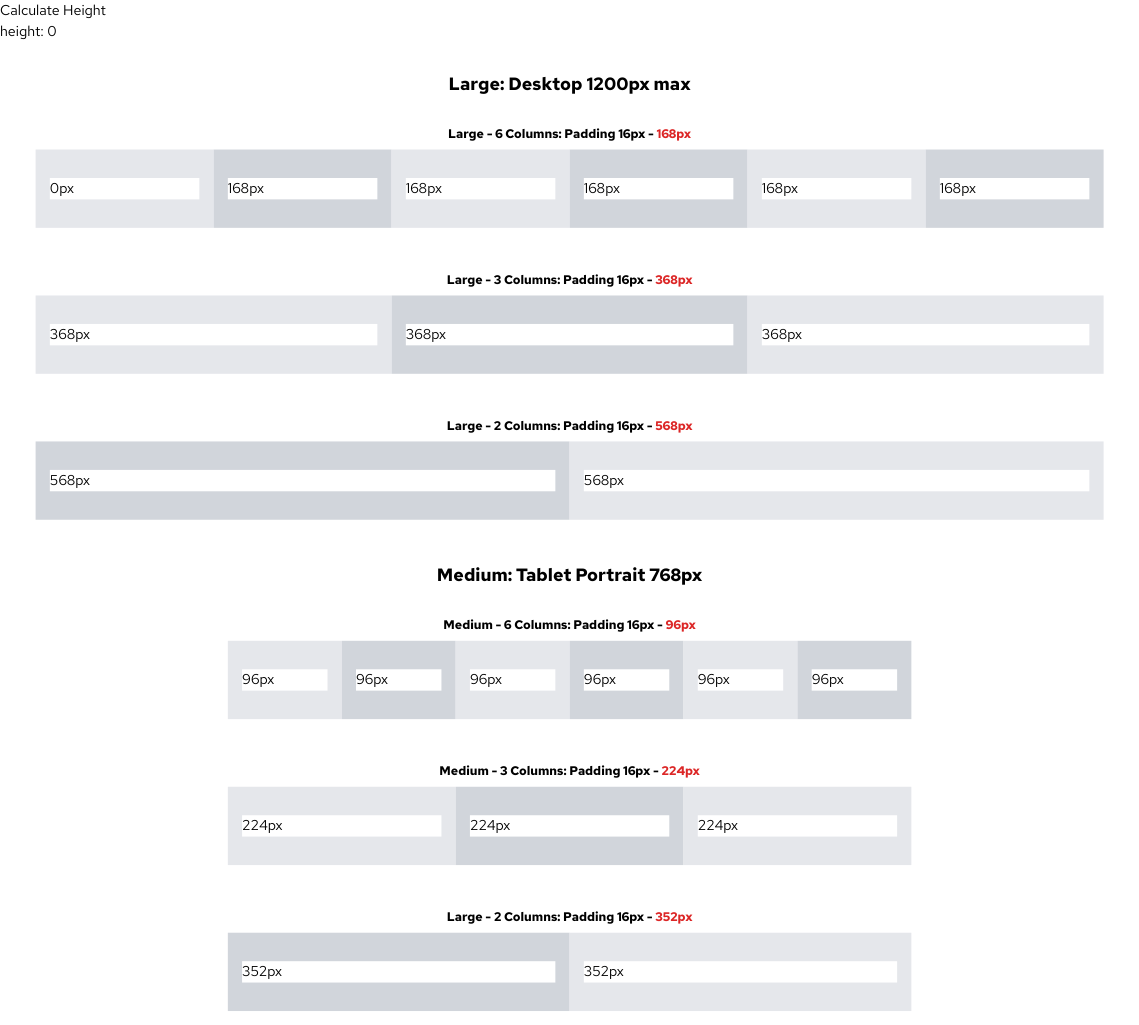
Repository: fabianwurk/vue-tailwind
Page: /
These files come from the project's save history. The page is drawn as it stood at one moment and after the next save; the edit follows.
The browser window is 1280 px wide. The pictures show the whole page, at 89% of full size.
The project was rebuilt for these pictures with package versions that can differ from the ones it lists, and the page was loaded fresh each time. Also part of the build but not shown: vite.config.js.

Above is the page before, as saved 2021-03-16 21:54:09.

### index.html
<!DOCTYPE html>
<html lang="en">
  <head>
    <link rel="preconnect" href="https://fonts.gstatic.com">
<link href="https://fonts.googleapis.com/css2?family=Red+Hat+Text:wght@400;700&display=swap" rel="stylesheet">
    <meta charset="UTF-8" />
    <link rel="icon" href="/favicon.ico" />
    <meta name="viewport" content="width=device-width, initial-scale=1.0" />
    <title>Vite App</title>
  </head>
  <body>
    <div id="app"></div>
    <script type="module" src="/src/main.js"></script>
  </body>
</html>

### src/App.vue
<template>
  <Large />
  <Medium />
</template>

<script setup>
import Large from './components/Large.vue';
import Medium from './components/Medium.vue';

</script>

### src/index.css
/* ./src/index.css */
@tailwind base;

body {
  font-family: 'Red Hat Text', sans-serif;
}
@tailwind components;
@tailwind utilities;

### src/components/Large.vue
<template>
  <div>
  <button @click="calculateWidth()">Calculate Height</button>
  <p>height: {{width}}</p>
  <h1 class="text-xl font-bold mb-2 mt-8 text-center">Large: Desktop 1200px max</h1>
  <div class="container mx-auto">
    <h2 class="text-sm font-bold mb-2 mt-8 text-center">Large - 6 Columns: Padding 16px - <span class="text-red-600">{{ sixCol }}</span></h2>
    <div class="flex items-center">
      <div class="w-1/6 bg-gray-200 mb-4 mt-0 py-8 px-4">
        <span class="bg-white w-full block" ref="app">{{width}}px</span>
      </div>
      <div class="w-1/6 bg-gray-300 mb-4 mt-0 py-8 px-4">
        <span class="bg-white w-full block">{{ sixCol }}</span>
      </div>
      <div class="w-1/6 bg-gray-200 mb-4 mt-0 py-8 px-4">
        <span class="bg-white w-full block">{{ sixCol }}</span>
      </div>
      <div class="w-1/6 bg-gray-300 mb-4 mt-0 py-8 px-4">
        <span class="bg-white w-full block">{{ sixCol }}</span>
      </div>
      <div class="w-1/6 bg-gray-200 mb-4 mt-0 py-8 px-4">
        <span class="bg-white w-full block">{{ sixCol }}</span>
      </div>
      <div class="w-1/6 bg-gray-300 mb-4 mt-0 py-8 px-4">
        <span class="bg-white w-full block">{{ sixCol }}</span>
      </div>
    </div>
  </div>

  <div class="container mx-auto">
    <h2 class="text-sm font-bold mb-2 mt-8 text-center">Large - 3 Columns: Padding 16px - <span class="text-red-600">{{ threeCol }}</span></h2>
    <div class="flex items-center">
      <div class="w-1/3 bg-gray-200 mb-4 mt-0 py-8 px-4">
        <span class="bg-white w-full block">{{ threeCol }}</span>
      </div>
      <div class="w-1/3 bg-gray-300 mb-4 mt-0 py-8 px-4">
        <span class="bg-white w-full block">{{ threeCol }}</span>
      </div>
      <div class="w-1/3 bg-gray-200 mb-4 mt-0 py-8 px-4">
        <span class="bg-white w-full block">{{ threeCol }}</span>
      </div>
    </div>
  </div>

  <div class="container mx-auto">
    <h2 class="text-sm font-bold mb-2 mt-8 text-center">Large - 2 Columns: Padding 16px - <span class="text-red-600">{{ twoCol }}</span></h2>
    <div class="flex items-center">
      <div class="w-1/2 bg-gray-300 mb-4 mt-0 py-8 px-4">
        <span class="bg-white w-full block">{{ twoCol }}</span>
      </div>
      <div class="w-1/2 bg-gray-200 mb-4 mt-0 py-8 px-4">
        <span class="bg-white w-full block">{{ twoCol }}</span>
      </div>
    </div>
  </div>

  </div>
</template>

<script>
export default {
  data() {
    return {
      sixCol: "168px",
      threeCol: "368px",
      twoCol: "568px",
      width: 0,
    };
  },
  methods: {
    calculateWidth() {
      this.width = this.$refs.app.clientWidth;
    }
  }
}
</script>

### src/components/Medium.vue
<template>
  <div>
  <h1 class="text-xl font-bold mb-2 mt-8 text-center">Medium: Tablet Portrait 768px</h1>
  <div class="max-w-3xl mx-auto">
    <h2 class="text-sm font-bold mb-2 mt-8 text-center">Medium - 6 Columns: Padding 16px - <span class="text-red-600">{{ sixColMd }}</span></h2>
    <div class="flex items-center">
      <div class="w-1/6 bg-gray-200 mb-4 mt-0 py-8 px-4">
        <span class="bg-white w-full block">{{ sixColMd }}</span>
      </div>
      <div class="w-1/6 bg-gray-300 mb-4 mt-0 py-8 px-4">
        <span class="bg-white w-full block">{{ sixColMd }}</span>
      </div>
      <div class="w-1/6 bg-gray-200 mb-4 mt-0 py-8 px-4">
        <span class="bg-white w-full block">{{ sixColMd }}</span>
      </div>
      <div class="w-1/6 bg-gray-300 mb-4 mt-0 py-8 px-4">
        <span class="bg-white w-full block">{{ sixColMd }}</span>
      </div>
      <div class="w-1/6 bg-gray-200 mb-4 mt-0 py-8 px-4">
        <span class="bg-white w-full block">{{ sixColMd }}</span>
      </div>
      <div class="w-1/6 bg-gray-300 mb-4 mt-0 py-8 px-4">
        <span class="bg-white w-full block">{{ sixColMd }}</span>
      </div>
    </div>
  </div>

  <div class="max-w-3xl mx-auto">
    <h2 class="text-sm font-bold mb-2 mt-8 text-center">Medium - 3 Columns: Padding 16px - <span class="text-red-600">{{ threeColMd }}</span></h2>
    <div class="flex items-center">
      <div class="w-1/3 bg-gray-200 mb-4 mt-0 py-8 px-4">
        <span class="bg-white w-full block">{{ threeColMd }}</span>
      </div>
      <div class="w-1/3 bg-gray-300 mb-4 mt-0 py-8 px-4">
        <span class="bg-white w-full block">{{ threeColMd }}</span>
      </div>
      <div class="w-1/3 bg-gray-200 mb-4 mt-0 py-8 px-4">
        <span class="bg-white w-full block">{{ threeColMd }}</span>
      </div>
    </div>
  </div>

  <div class="max-w-3xl mx-auto">
    <h2 class="text-sm font-bold mb-2 mt-8 text-center">Large - 2 Columns: Padding 16px - <span class="text-red-600">{{ twoColMd }}</span></h2>
    <div class="flex items-center">
      <div class="w-1/2 bg-gray-300 mb-4 mt-0 py-8 px-4">
        <span class="bg-white w-full block">{{ twoColMd }}</span>
      </div>
      <div class="w-1/2 bg-gray-200 mb-4 mt-0 py-8 px-4">
        <span class="bg-white w-full block">{{ twoColMd }}</span>
      </div>
    </div>
  </div>

  </div>
</template>

<script>
export default {
  data() {
    return {
      sixColMd: "96px",
      threeColMd: "224px",
      twoColMd: "352px",
    };
  },
}
</script>

### tailwind.config.js
module.exports = {
  purge: ['./index.html', './src/**/*.{vue,js,ts,jsx,tsx}'],
  darkMode: false, // or 'media' or 'class'
  theme: {
    extend: {
      container: {
        'md': {'max': '768px'},
      },
      screens: {
        'xl': {'min': '1200px', 'max': '1280px'},
        '2xl': {'max': '1280px'},
      },
    },
  },
  variants: {
    extend: {},
  },
  plugins: [],
}

Loaded but not shown: src/main.js (common file)

After the next save:
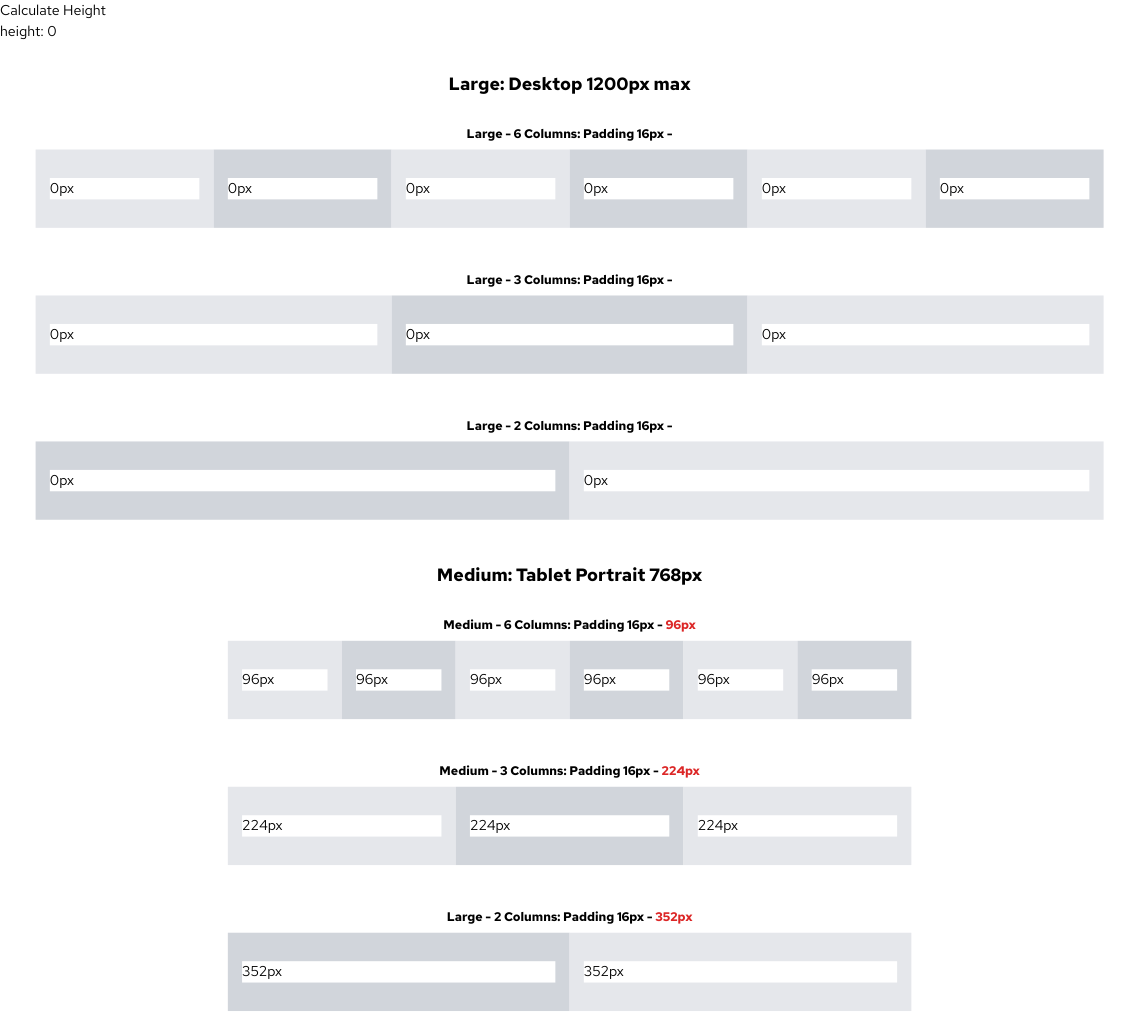
Saved 80 s later.
--- a/src/components/Large.vue
+++ b/src/components/Large.vue
@@ -10,19 +10,19 @@
         <span class="bg-white w-full block" ref="app">{{width}}px</span>
       </div>
       <div class="w-1/6 bg-gray-300 mb-4 mt-0 py-8 px-4">
-        <span class="bg-white w-full block">{{ sixCol }}</span>
+        <span class="bg-white w-full block">{{width}}px</span>
       </div>
       <div class="w-1/6 bg-gray-200 mb-4 mt-0 py-8 px-4">
-        <span class="bg-white w-full block">{{ sixCol }}</span>
+        <span class="bg-white w-full block">{{width}}px</span>
       </div>
       <div class="w-1/6 bg-gray-300 mb-4 mt-0 py-8 px-4">
-        <span class="bg-white w-full block">{{ sixCol }}</span>
+        <span class="bg-white w-full block">{{width}}px</span>
       </div>
       <div class="w-1/6 bg-gray-200 mb-4 mt-0 py-8 px-4">
-        <span class="bg-white w-full block">{{ sixCol }}</span>
+        <span class="bg-white w-full block">{{width}}px</span>
       </div>
       <div class="w-1/6 bg-gray-300 mb-4 mt-0 py-8 px-4">
-        <span class="bg-white w-full block">{{ sixCol }}</span>
+        <span class="bg-white w-full block">{{width}}px</span>
       </div>
     </div>
   </div>
@@ -31,13 +31,13 @@
     <h2 class="text-sm font-bold mb-2 mt-8 text-center">Large - 3 Columns: Padding 16px - <span class="text-red-600">{{ threeCol }}</span></h2>
     <div class="flex items-center">
       <div class="w-1/3 bg-gray-200 mb-4 mt-0 py-8 px-4">
-        <span class="bg-white w-full block">{{ threeCol }}</span>
+        <span class="bg-white w-full block">{{width}}px</span>
       </div>
       <div class="w-1/3 bg-gray-300 mb-4 mt-0 py-8 px-4">
-        <span class="bg-white w-full block">{{ threeCol }}</span>
+        <span class="bg-white w-full block">{{width}}px</span>
       </div>
       <div class="w-1/3 bg-gray-200 mb-4 mt-0 py-8 px-4">
-        <span class="bg-white w-full block">{{ threeCol }}</span>
+        <span class="bg-white w-full block">{{width}}px</span>
       </div>
     </div>
   </div>
@@ -46,10 +46,10 @@
     <h2 class="text-sm font-bold mb-2 mt-8 text-center">Large - 2 Columns: Padding 16px - <span class="text-red-600">{{ twoCol }}</span></h2>
     <div class="flex items-center">
       <div class="w-1/2 bg-gray-300 mb-4 mt-0 py-8 px-4">
-        <span class="bg-white w-full block">{{ twoCol }}</span>
+        <span class="bg-white w-full block">{{width}}px</span>
       </div>
       <div class="w-1/2 bg-gray-200 mb-4 mt-0 py-8 px-4">
-        <span class="bg-white w-full block">{{ twoCol }}</span>
+        <span class="bg-white w-full block">{{width}}px</span>
       </div>
     </div>
   </div>
@@ -61,9 +61,6 @@
 export default {
   data() {
     return {
-      sixCol: "168px",
-      threeCol: "368px",
-      twoCol: "568px",
       width: 0,
     };
   },
